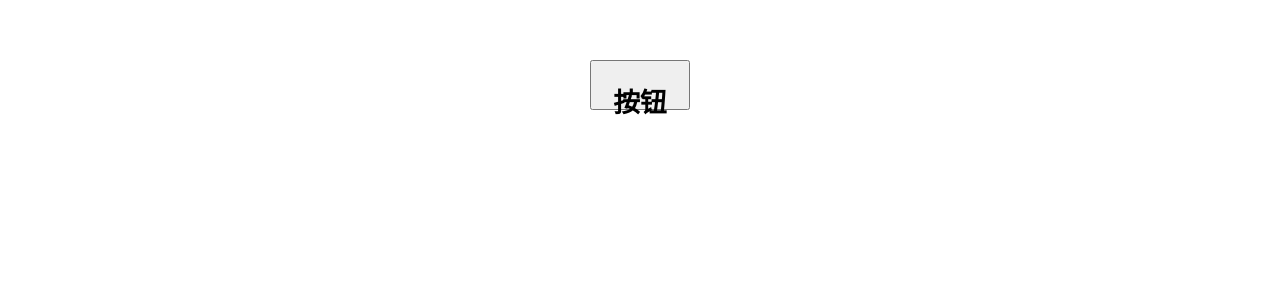
Repository: 319226862/wyy
Page: / (app in test/)
These files come from the project's save history. The page is drawn as it stood at one moment and after the next save; the edit follows.
The browser window is 1280 px wide. The pictures show the whole page.
The project was rebuilt for these pictures with package versions that can differ from the ones it lists, and the page was loaded fresh each time. Also part of the build but not shown: test/vue.config.js, test/src/components/School.vue, test/src/components/Student.vue.

Above is the page before, as saved 2023-06-25 20:52:48.

### test/src/main.js
import Vue from 'vue'
import App from './App.vue'

Vue.config.productionTip = false

new Vue({
  render: h => h(App),
  beforeCreate(){
    Vue.prototype.$bus = this
  }
}).$mount('#app')

### test/src/App.vue
<template>
  <div id="app">
    <!-- <h1>{{ msg }}</h1> -->
    <!-- <School />
    <Student /> -->
    <Draw />
  </div>
</template>

<script>
import School from './components/School.vue';
import Student from './components/Student.vue';
import Draw from './components/Draw.vue';
export default {
  name: 'App',
  data(){
    return {
      msg:'welcome'
    }
  },
  components: {
    School,
    Student,
    Draw
  },
  methods:{

  },
  mounted(){

  }
}
</script>

<style>
#app {
  font-family: Avenir, Helvetica, Arial, sans-serif;
  -webkit-font-smoothing: antialiased;
  -moz-osx-font-smoothing: grayscale;
  text-align: center;
  color: #2c3e50;
  margin-top: 60px;
}
</style>

### test/src/components/Draw.vue
<template>
    <div>
        <button @click="isShow = !isShow">
            <transition name="test">
                <h1 v-show="isShow">按钮</h1>
            </transition>
        </button>
    </div>
</template>

<script>
export default {
    data(){
        return{
            isShow : true
        }
    }
}
</script>

<style scoped>
button{
    width: 100px;
    height: 50px;
}
.test-enter-active{
    animation: test 1s linear;
}
.test-leave-active{
    animation: test 1s linear reverse;
}
@keyframes test {
    from {
        transform: translateX(-100px)
    }
    to {
        transform: translateX(0px)
    }
}
</style>

Loaded but not shown: test/public/index.html (common file)

After the next save:
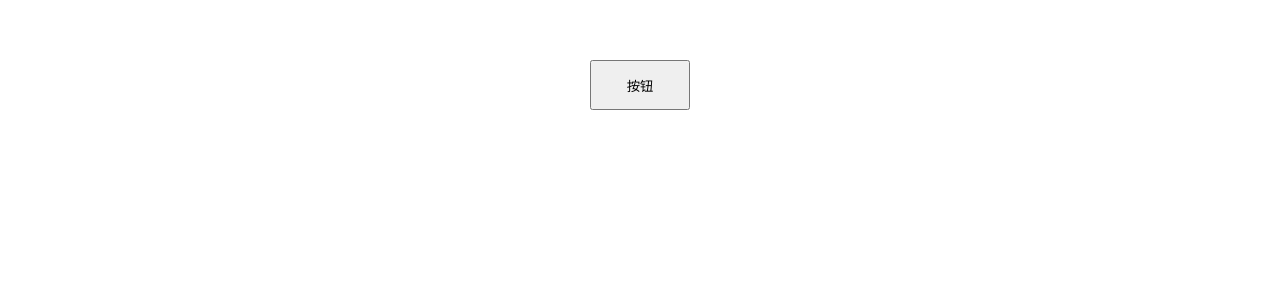
Saved 44 s later.
--- a/test/src/components/Draw.vue
+++ b/test/src/components/Draw.vue
@@ -2,7 +2,7 @@
     <div>
         <button @click="isShow = !isShow">
             <transition name="test">
-                <h1 v-show="isShow">按钮</h1>
+                <p v-show="isShow">按钮</p>
             </transition>
         </button>
     </div>
